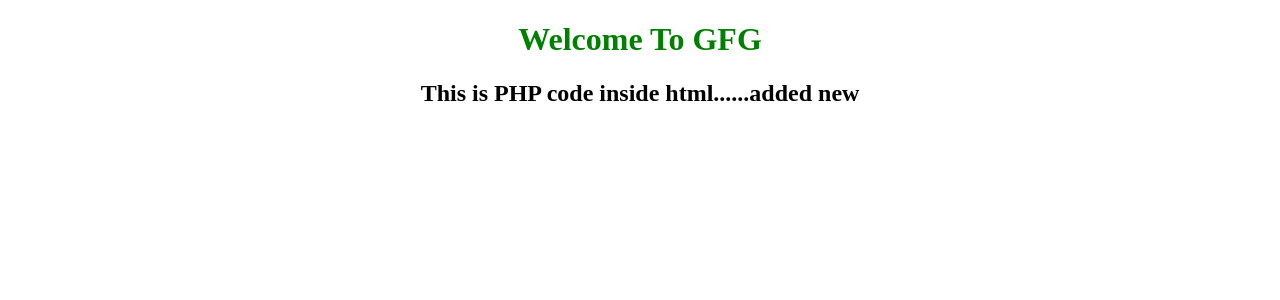
Repository: slevin2002/phpprojectgh
Page: http://localhost/example1.php
The author's editor kept a copy of each file at every save. The page is drawn from the files as they stood at one save, then again after a run of saves.
The browser window is 1280 px wide. The pictures show the whole page.
The page is run by PHP 8.4 with error messages shown; the project is at /var/www/html/.

Above is the page before, as saved 2022-12-14 11:00:20.

After the next 2 saves:
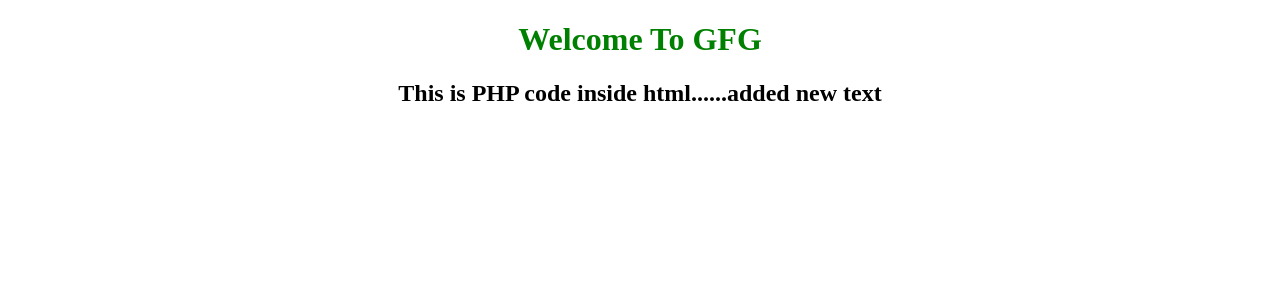
The 2 saves are shown as one change because they came seconds apart.
The last was saved 6 s later.
--- a/example1.php
+++ b/example1.php
@@ -16,7 +16,7 @@
 		<h2>
 			<?php
 			echo "This is PHP code inside html......";
-			echo "added new "
+			echo "added new text";
 			?>
 		</h2>
 	</center>
